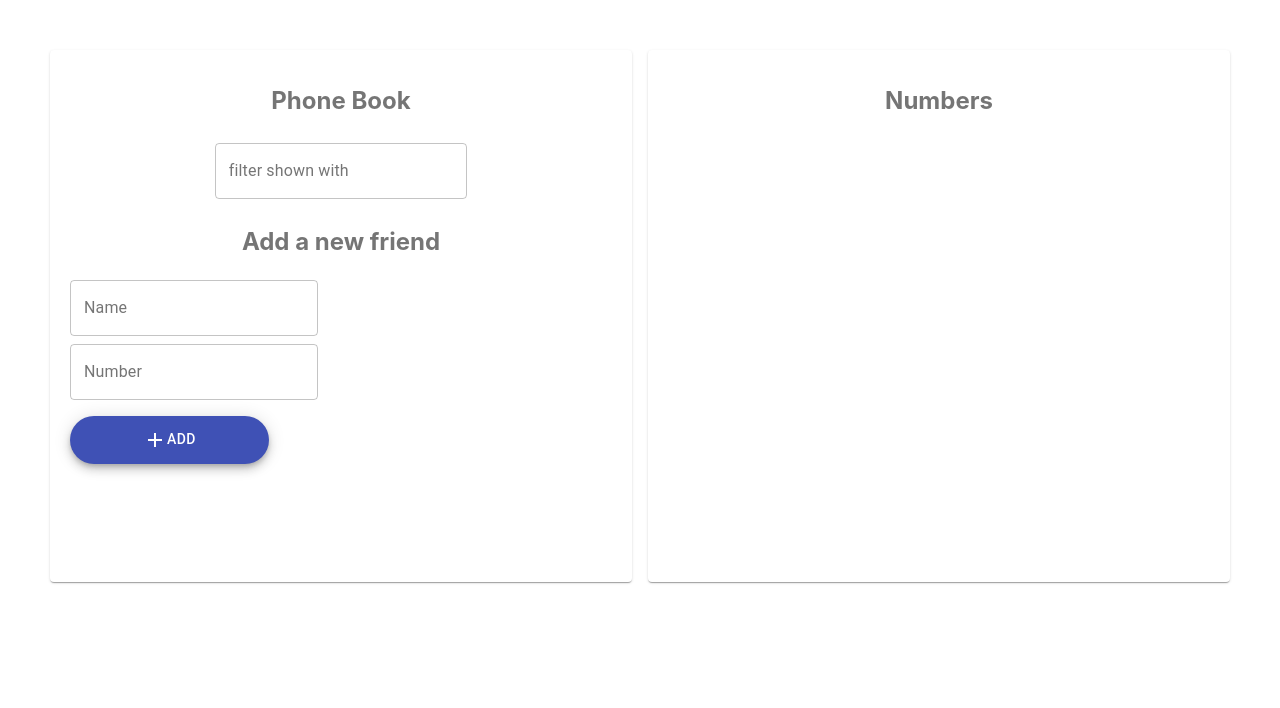
Repository: StacyLafume/phone-book
Page: / (app in phone-book/)
An editor plug-in stored every save of this project. The page is shown before and after the next save, followed by the edit.
The browser window is 1280 px wide. The pictures show the whole page.
The page's requests for data from a server got no answer. The project was rebuilt for these pictures with package versions that can differ from the ones it lists, and the page was loaded fresh each time. No one was signed in, and anything a server would have sent is missing. Also part of the build but not shown: phone-book/src/PhoneBook.js.

Above is the page before, as saved 2021-04-01 20:27:05.

### phone-book/src/App.js
import React, { useState, useEffect } from "react";
// importing a modual personsService
import personsService from "./Service/person";
import Filter from "./Filter";
import Notification from "./Notification";
import PersonForm from "./PersonForm";
import PhoneBook from "./PhoneBook";
import { makeStyles } from '@material-ui/core/styles';
import Paper from '@material-ui/core/Paper';
import Grid from '@material-ui/core/Grid';
import Box from '@material-ui/core/Box';
import List from '@material-ui/core/List';


const App = () => {
  const [persons, setPersons] = useState([]);
  const [newName, setNewName] = useState("");
  const [newNumber, setNewNumber] = useState("");
  const [showFilter, setshowFilter] = useState("");
  const [notification, setNotification] = useState(null);
  const [success, setSuccess] = useState(null);

  const useStyles = makeStyles((theme) => ({
    root: {
      flexGrow: 1,
      margin: 50,

    },
    paper: {
      padding: theme.spacing(2),
      justifyItems: 'center',
      color: theme.palette.text.secondary,
      overflow: 'auto',
      height: 500,

    },
  }));

  // show data on the screen
  useEffect(() => {
    personsService
      .getAll()
      .then(response => {
        setPersons(response);
      })
      .catch(error => showMessage("Could not retrieve data", false));
  }, []);

  const addNewName = e => {
    e.preventDefault();
    const personObject = {
      name: newName,
      number: newNumber
    };

    //console.log('persons.some(e => e.name === newName)',persons.some(e => e.name === newName))

    // if name is already in phone book return true and alert user
    if (persons.some(e => e.name === newName)) {

      // first name equal to that name
      let personId = persons.find(item => item.name === newName);

      // assigning whats in person obj to person id to update the entry
      let updatedEntry = Object.assign(personId, personObject);

      // alert the user  to update name  and / or  number
      if (
        window.confirm(
          `Do you want to update ${newName} with number ${newNumber}?`
        )
      ) {
        // based on the condition it will make put request to update
        personsService
          .update(personId.id, personObject)
          .then(() => {
            setPersons(
              // map through persons check if name is equal to new name
              //and either return updatedEntry or item
              persons.map(item => (item.name === newName ? updatedEntry : item))
            );
            // reset inputs
            setNewName("");
            setNewNumber("");
            // alert user of the changes
            showMessage(`User ${newName} phone number updated`);
          })
          .catch(error => {
            showMessage(
              `Update failed. User ${newName} has already been removed from the phone book.`,
              false
            );
            setPersons(persons.filter(n => n.name !== newName));
          });
      }
    } else {
      // if number is already in phone book return true and alert user
      if (persons.some(e => e.number === newNumber)) {
        showMessage(`# ${newNumber} is already in the phone book.`, false);
      } else {
        // check if inputs are empty and set show message
        if (newName === "" || newNumber === "") {
          showMessage(`The name and number must not be empty`, false);
        } else {
          // add personObject to the data base
          personsService
            .create(personObject)
            .then(returnedPerson => {
              setPersons(persons.concat(returnedPerson));
              // reset inputs
              setNewName("");
              setNewNumber("");
              // alert user
              showMessage(`User ${newName} has been added to the phone book`);
            })
            .catch(error => {
              console.log(error.response.data.error)
              return showMessage(
                `Failed to add number. More about error: ${error.response.data.error
                }`,
                false
              );
            });
          // make a get requests of updated data
          personsService
            .getAll()
            .then(response => {
              setPersons(response);
            })
            .catch(error => showMessage("Could not retrieve data", false));
        }
      }
    }
  };

  const removeEntry = person => {
    // if user clicks yes to remove
    if (window.confirm(`Remove ${person.name}?`)) {
      // call delete request with id that needs to be deleted
      personsService
        .remove(person.id)
        .then(() => {
          // setPerson to filtered array of every preson but the deleted person
          setPersons(persons.filter(item => item.id !== person.id));
          showMessage(`${person.name} has been removed from the phone book`);
        })
        .catch(error => {
          showMessage(
            `Removal failed. User ${person.name
            } has already been removed from the phone book.`,
            false
          );
          // make a get requests of updated data
          personsService
            .getAll()
            .then(response => {
              setPersons(response);
            })
            .catch(error => showMessage("Could not retrieve data", false));
        });
    }
  };

  // tracking values in the name input
  const handleNameChange = e => {
    // console.log(e.target.value);
    setNewName(e.target.value);
  };

  // tracking values in the number input
  const handleNumberChange = e => {
    setNewNumber(e.target.value);
  };

  const showMessage = (message, successNotification = true) => {
    // sets notication based on the true or false given by the condiyion it was called in
    setNotification(message);
    // boolean value if the rquest was successful or not
    setSuccess(successNotification);

    // the notification will stay on browser for 3 sec
    setTimeout(() => {
      setNotification(null);
      setSuccess(null);
    }, 3000);
  };

  const classes = useStyles();
  return (

    <Box className={classes.root}>
      <Grid container spacing={2}>
        <Grid item xs={6}>
          <Paper className={classes.paper}>
            <h2>Phone Book</h2>
            <Notification notification={notification} success={success} />
            <Filter showFilter={showFilter} setshowFilter={setshowFilter} />
            <h2>Add a new friend</h2>
            <PersonForm
              addNewName={addNewName}
              newName={newName}
              handleNameChange={handleNameChange}
              handleNumberChange={handleNumberChange}
            />
          </Paper>
        </Grid>
        <Grid item xs={6}>
          <Paper className={classes.paper}>
            <h2>Numbers</h2>
            <List>
              <PhoneBook
                persons={persons}
                showFilter={showFilter}
                removeEntry={removeEntry}
              />
            </List>
          </Paper>
        </Grid>
      </Grid>
    </Box>
  );
};

export default App;

### phone-book/src/Service/person.js
import axios from "axios";

//const baseUrl = "http://localhost:3003/persons";
const baseUrl = 'api/persons';

// get rquest for all of json datas
const getAll = () => {
  const request = axios.get(baseUrl);
  return request.then(response => response.data);
};

// post request to add new entry
const create = newObject => {
  const request = axios.post(baseUrl, newObject);
  return request.then(response => response.data)
};

// put request to update json db
const update = (id, newObject) => {
  const request = axios.put(`${baseUrl}/${id}`, newObject);
  return request.then(response => response.data);
};

// delete request to delete from json data base
const remove = id => {
  const request = axios.delete(`${baseUrl}/${id}`);
  return request.then(response => response.data);
};


// exporting all of the functions
export default {
  getAll: getAll,
  create: create,
  update: update,
  remove: remove
};

### phone-book/src/Filter.js
import React from "react";
import { makeStyles } from '@material-ui/core/styles';
import TextField from '@material-ui/core/TextField';

const Filter = ({ showFilter, setshowFilter }) => {
  const useStyles = makeStyles((theme) => ({
    root: {
      '& > *': {
        margin: theme.spacing(1),
        width: '25ch',
      },
    },
  }));
  const classes = useStyles();
  const filterPersons = e => {
    setshowFilter(e.target.value);
  };

  return (
    <div className={classes.root}>
      <TextField id="outlined-basic" value={showFilter} label="filter shown with" variant="outlined"onChange={filterPersons} />
    </div>
  );
};

export default Filter;

### phone-book/src/Notification.js
import React from "react";

const Notification = ({ notification, success }) => {
  // console.log(notification);
  // console.log(success);

  // if there is no notification return null
  if (notification === null) {
    return null;
  }

  // if success renders the paticular (inLine) style
  if (success)
    return (
      <div className="success" style={styles.success}>
        {notification}
      </div>
    );
  else
    return (
      <div className="success" style={styles.fail}>
        {notification}
      </div>
    );
};

var styles = {
  success: {
    color: "green",
    background: "white",
    fontSize: 20,
    borderStyle: "solid",
    borderRadius: 5,
    padding: 10,
    marginBottom: 10
  },
  fail: {
    color: "red",
    background: "white",
    fontSize: 20,
    borderStyle: "solid",
    borderRadius: 5,
    padding: 10,
    marginBottom: 10
  }
};

export default Notification;

### phone-book/src/PersonForm.js
import React from "react";
import { makeStyles } from '@material-ui/core/styles';
import TextField from '@material-ui/core/TextField';
import Grid from '@material-ui/core/Grid';
import Fab from '@material-ui/core/Fab';
import AddIcon from '@material-ui/icons/Add';



const PersonForm = ({
  newName,
  newNumber,
  addNewName,
  handleNameChange,
  handleNumberChange
}) => {
  const useStyles = makeStyles((theme) => ({
    root: {
      '& > *': {
        margin: theme.spacing(1),
        width: '25ch',
      },
    },
    press: {
      margin: {
        margin: theme.spacing(1),
      },
      extendedIcon: {
        marginRight: theme.spacing(1),
      },
    }
  }));
  const classes = useStyles();
  return (
    <Grid container spacing={1}>
      <form onSubmit={addNewName} className={classes.root} noValidate autoComplete="off">

        {/* calls the function tracking values in the name input */}
        {/* name: <input value={newName} onChange={handleNameChange} /> */}
        <Grid item xs={12}>
        <TextField id="outlined-basic" label="Name" value={newName} onChange={handleNameChange} variant="outlined" />
        </Grid>
        <Grid item  xs={12}>
        {/* calls the function tracking values in the number input */}
        <TextField id="outlined-basic" value={newNumber} onChange={handleNumberChange} label="Number" variant="outlined" />
        </Grid>
        {/* calls the create request to add name and number */}
        <Fab variant="extended" color="primary" aria-label="add" className={classes.margin} type="submit">
          <AddIcon className={classes.extendedIcon} />
         Add
        </Fab>
      </form>
      </Grid>

  );
};


export default PersonForm;

Loaded but not shown: phone-book/public/index.html (common file); phone-book/src/index.js (common file); phone-book/src/index.css (common file)

After the next save:
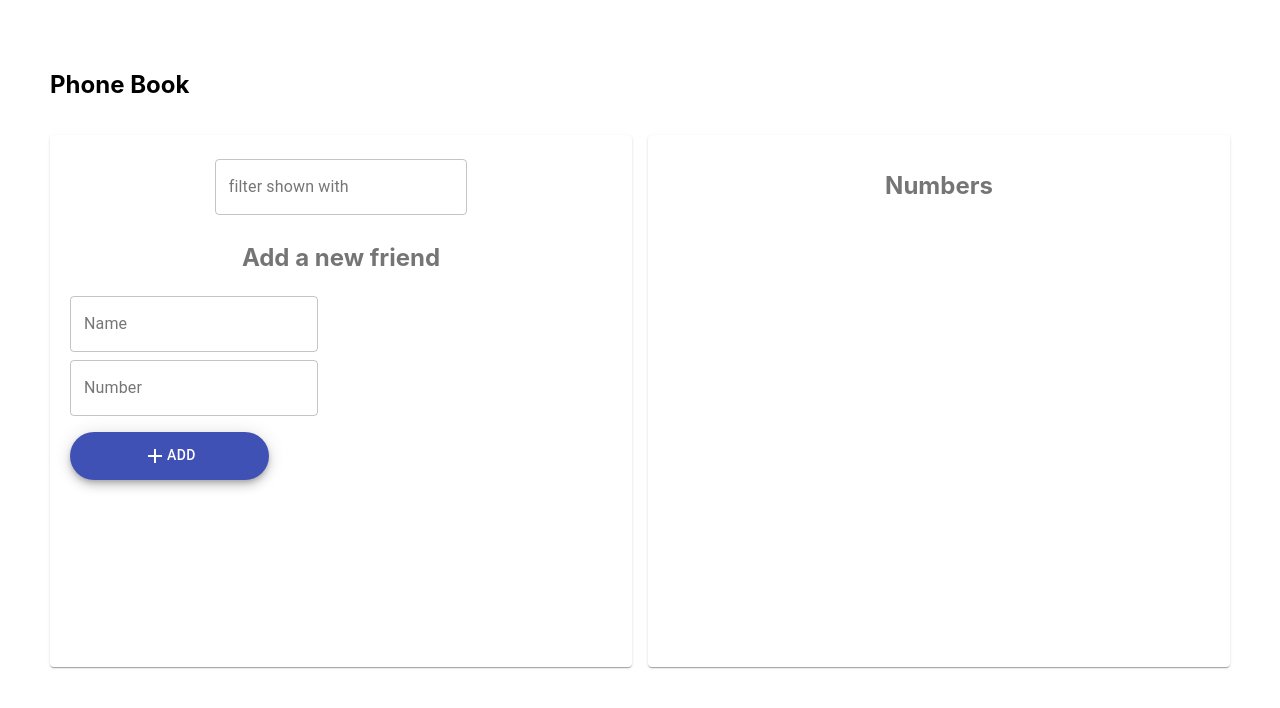
Saved 4 h 46 min later.
--- a/phone-book/src/App.js
+++ b/phone-book/src/App.js
@@ -190,9 +190,12 @@ const App = () => {
 
     <Box className={classes.root}>
       <Grid container spacing={2}>
+      <Grid item xs={12}>
+        <h2>Phone Book</h2>
+        </Grid>
         <Grid item xs={6}>
           <Paper className={classes.paper}>
-            <h2>Phone Book</h2>
+
             <Notification notification={notification} success={success} />
             <Filter showFilter={showFilter} setshowFilter={setshowFilter} />
             <h2>Add a new friend</h2>
